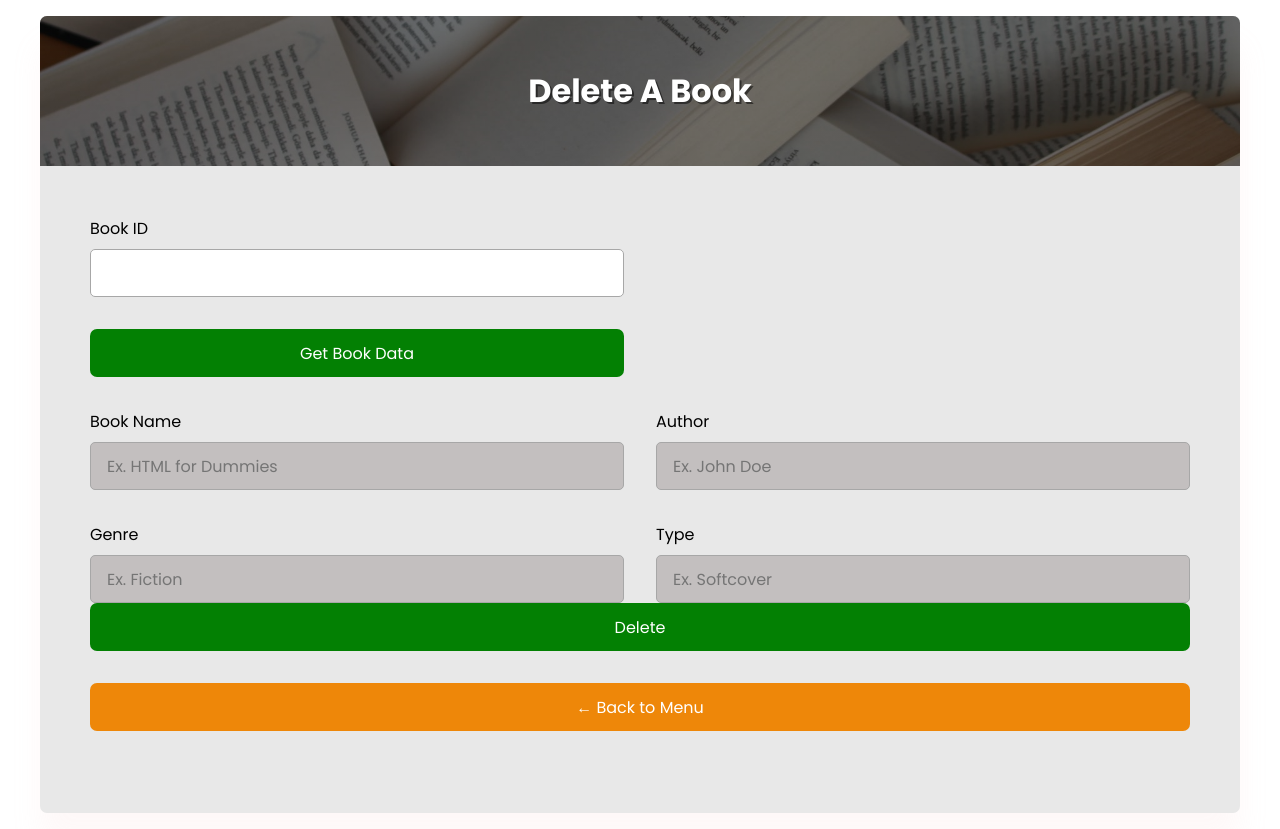
Repository: kcvijay/node_advanced_books
Page: booksSPA/public/pages/deleteBook.html
These files come from the project's save history. The page is drawn as it stood at one moment and after the next save; the edit follows.
The browser window is 1280 px wide. The pictures show the whole page.

Above is the page before, as saved 2023-03-08 18:40:03.

### booksSPA/public/pages/deleteBook.html
<!DOCTYPE html>
<html lang="en">
  <head>
    <meta charset="UTF-8" />
    <meta http-equiv="X-UA-Compatible" content="IE=edge" />
    <meta name="viewport" content="width=device-width, initial-scale=1.0" />
    <title>Delete A Book</title>
    <link rel="stylesheet" href="../styles/styles.css" />
  </head>
  <body>
    <div class="main-wrapper">
      <div class="heading">
        <h1>Delete A Book</h1>
      </div>
      <div class="data-field">
        <form>
          <div>
            <label for="id">Book ID</label>
            <input type="text" id="id" name="id" />
          </div>
          <div></div>
          <button type="submit" id="getData" class="primary-btn">
            Get Book Data
          </button>
        </form>
        <form style="margin-top: 32px">
          <div>
            <label for="name">Book Name</label>
            <input
              type="text"
              id="name"
              name="name"
              placeholder="Ex. HTML for Dummies"
              autocomplete="off"
              disabled
            />
          </div>
          <div>
            <label for="author">Author</label>
            <input
              type="text"
              id="author"
              name="author"
              placeholder="Ex. John Doe"
              autocomplete="off"
              disabled
            />
          </div>
          <div>
            <label for="genre">Genre</label>
            <input
              type="text"
              id="genre"
              name="genre"
              placeholder="Ex. Fiction"
              autocomplete="off"
              disabled
            />
          </div>
          <div>
            <label for="type">Type</label>
            <input
              type="text"
              id="type"
              name="type"
              placeholder="Ex. Softcover"
              autocomplete="off"
              disabled
            />
          </div>
        </form>
        <div id="messagearea"></div>
        <div>
          <button class="primary-btn" type="submit" id="submit">Delete</button>
        </div>
        <div>
          <a href="/" class="secondary-btn">&larr;&nbsp;Back to Menu</a>
        </div>
      </div>
    </div>
    <script src="/js/deleteBookHandler.js"></script>
  </body>
</html>

### booksSPA/public/styles/styles.css
@import url("https://fonts.googleapis.com/css2?family=Poppins:wght@400;700&display=swap");

* {
  margin: 0;
  padding: 0;
  box-sizing: border-box;
}

body {
  max-width: 100vw;
  min-height: 100vh;
  font-family: "Poppins", sans-serif;
}

.main-wrapper {
  max-width: 1200px;
  background: #e8e8e8;
  margin: 16px auto;
  border-radius: 7px;
  box-shadow: 0 30px 30px rgba(241, 182, 182, 0.1);
  overflow: hidden;
  transition: all 0.3s ease;
}

.heading {
  background: linear-gradient(rgba(0, 0, 0, 0.4), rgba(0, 0, 0, 0.4)),
    url("../assets/books.jpeg");
  background-position: center;
  background-size: cover;
  background-repeat: no-repeat;
  height: 150px;
  display: flex;
  justify-content: center;
  align-items: center;
}

h1 {
  position: relative;
  color: #fff;
  text-shadow: 2px 2px rgba(0, 0, 0, 0.5);
}

.data-field {
  padding: 50px;
}

input,
textarea,
button {
  font-family: inherit;
  font-size: 16px;
}

input:disabled {
  background-color: #c3bfbf;
  cursor: no-drop;
}
input:disabled:focus {
  outline: none;
}

form {
  display: grid;
  grid-template-columns: 1fr 1fr;
  gap: 32px;
  justify-items: start;
  transition: all 0.3s ease-in-out;
}

form div {
  width: 100%;
}

form label {
  display: inline-block;
  width: 100px;
  margin-bottom: 8px;
}

form input {
  height: 48px;
  width: 100%;
  padding: 0 16px;
  border: 1px solid #a7a7a7;
  border-radius: 5px;
  transition: all 0.3s ease;
}

form input:focus {
  outline: 3px solid #ee870978;
  border: none;
}

.button-set {
  display: grid;
  grid-template-columns: 1fr 1fr;
  gap: 32px;
}

.button-set div .primary-btn {
  display: block;
  width: 100%;
  text-decoration: none;
  display: flex;
  justify-content: center;
  align-items: center;
}

button:hover,
button:active {
  filter: brightness(0.9);
}

.button-set {
  margin-top: 32px;
}

.primary-btn {
  display: flex;
  justify-content: center;
  align-items: center;
  width: 100%;
  height: 48px;
  background-color: #038003;
  text-decoration: none;
  padding: 8px 60px;
  color: #fff;
  border: none;
  border-radius: 7px;
  cursor: pointer;
  transition: all 0.3s ease;
}

.secondary-btn {
  display: flex;
  justify-content: center;
  align-items: center;
  height: 48px;
  margin: 32px 0;
  background-color: #ee8709;
  text-decoration: none;
  padding: 8px 60px;
  color: #fff;
  border: none;
  border-radius: 7px;
  cursor: pointer;
  transition: all 0.3s ease;
}

#messagearea {
  position: absolute;
  left: 0;
  top: 0;
  width: 100vw;
  height: 100vh;
  background-color: rgba(0, 0, 0, 0.7);
  display: none;
  justify-content: center;
  align-items: center;
  z-index: 999;
}

#messagearea p {
  background-color: #fff;
  padding: 32px;
}

/**** TABLE ****/

.table-field {
  overflow-x: auto;
}

table {
  margin: 0 auto;
  max-width: fit-content;
}
thead {
  background: #038003;
  color: #fff;
}
th,
td {
  width: 250px;
  height: 48px;
  padding: 16px;
}

tr:nth-child(odd) {
  background: #ee870945;
}

tr:nth-child(even) {
  background: #ee87095e;
}

tr:last-child td:first-child {
  border-radius: 0 0 0 7px;
}

tr:last-child td:last-child {
  border-radius: 0 0 7px 0;
}

th:not(:first-child) {
  text-align: left;
}

th:first-child {
  border-radius: 7px 0 0 0;
}

th:last-child {
  text-align: center;
  border-radius: 0 7px 0 0;
}

td {
  padding-left: 16px;
}

td:first-child,
td:last-child {
  text-align: center;
}

@media screen and (max-width: 700px) {
  .main-wrapper {
    margin: 0 16px;
  }
  form {
    grid-template-columns: 1fr;
  }

  .data-field {
    padding: 18px;
  }

  .table-field {
    overflow-x: auto;
  }

  table {
    font-size: 14px;
  }

  .button-set {
    grid-template-columns: 1fr;
  }

  .button-set div a {
    display: block;
    width: 100%;
  }
}

### booksSPA/public/js/deleteBookHandler.js
"use strict";

(function () {
  let inputField;
  let titleField;
  let authorField;
  let genreField;
  let typeField;
  let getDataField;
  let messageField;
  let submit;

  document.addEventListener("DOMContentLoaded", init);

  function init() {
    inputField = document.querySelector("#id");
    titleField = document.querySelector("#name");
    authorField = document.querySelector("#author");
    genreField = document.querySelector("#genre");
    typeField = document.querySelector("#type");
    getDataField = document.querySelector("#getData");
    messageField = document.querySelector("#messagearea");
    submit = document.querySelector("#submit");

    getDataField.addEventListener("submit", (e) => {
      e.preventDefault();
      confirmBookData();
    });

    inputField.addEventListener("keyup", (e) => {
      e.preventDefault();
      if (e.key === "Enter") {
        confirmBookData();
      }
    });

    async function confirmBookData() {
      const id = inputField.value;

      try {
        const options = {
          method: "GET",
          mode: "cors",
        };

        const data = await fetch(
          `http://localhost:4000/api/books/${id}`,
          options
        );

        const result = data.json();
        showBookData(result);

        // if (result) {
        //   if (result.message) {
        //     updateMessage(result.message, result.type);
        //   } else {
        //     showBookData(result);
        //   }
        // }
      } catch (err) {
        updateMessage(err.message, "error");
      }
    }

    // async function send() {
    //   const id = inputField.value;

    //   try {
    //     const options = {
    //       method: "DELETE",
    //       mode: "cors",
    //     };

    //     const data = await fetch(
    //       `http://localhost:4000/api/books/${id}`,
    //       options
    //     );

    //     const result = await data.json();
    //     showBookData(result);

    //     console.log(result);

    //     //   if (result) {
    //     //     if (result.message) {
    //     //       updateMessage(result.message, result.type);
    //     //     } else {
    //     //       showBookData(result);
    //     //     }
    //     //   }
    //   } catch (err) {
    //     updateMessage(err.message, "error");
    //   }
    // }

    function showBookData(book) {
      titleField.value = book.name;
      authorField.value = book.author;
      genreField.value = book.genre;
      typeField.value = book.type;
    }

    function updateMessage(message, type) {
      messageField.style.display = "flex";
      messageField.innerHTML = `<p class="error>${message}</p>`;
      messageField.setAttribute("class", type);
    }
  }
})();

After the next save:
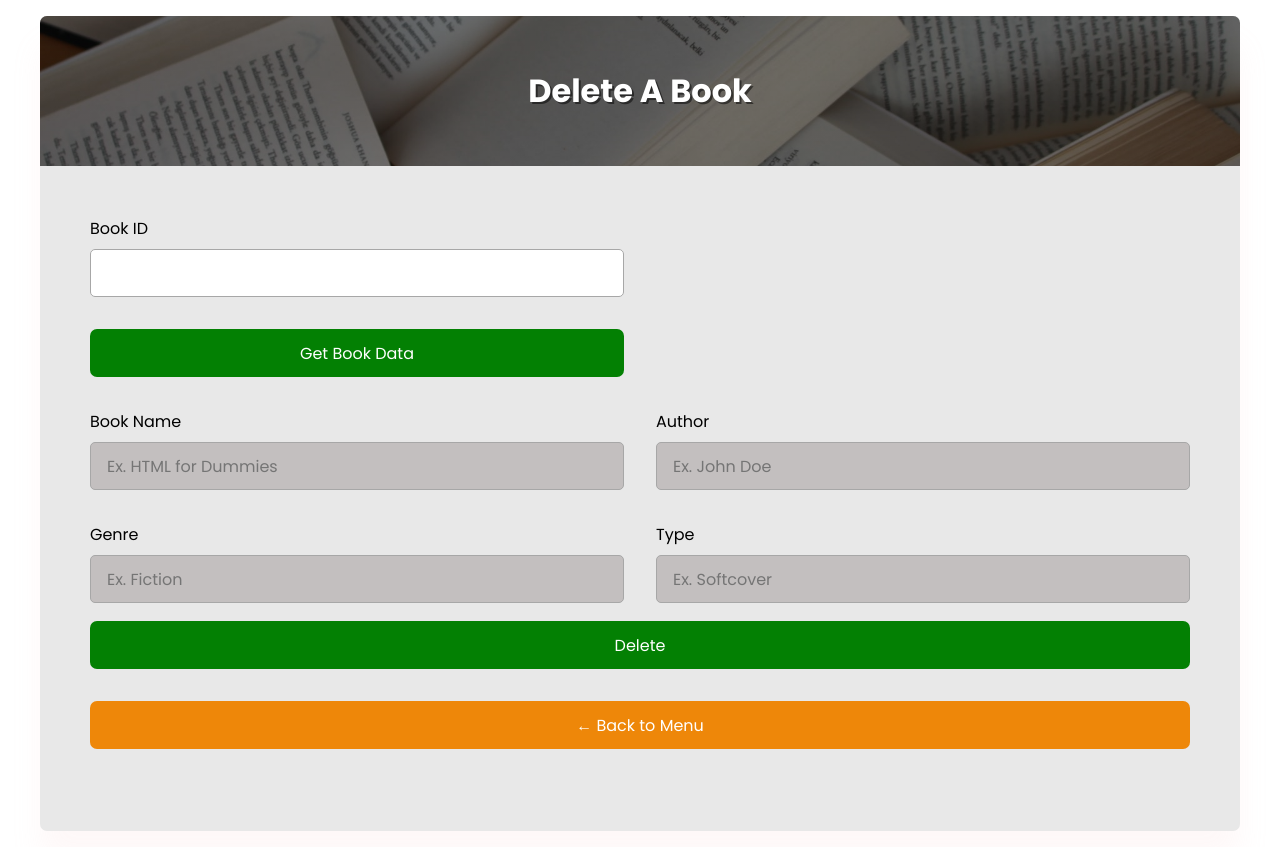
Saved 23 s later.
--- a/booksSPA/public/pages/deleteBook.html
+++ b/booksSPA/public/pages/deleteBook.html
@@ -71,7 +71,14 @@
         </form>
         <div id="messagearea"></div>
         <div>
-          <button class="primary-btn" type="submit" id="submit">Delete</button>
+          <button
+            class="primary-btn"
+            type="submit"
+            id="submit"
+            style="margin-top: 18px"
+          >
+            Delete
+          </button>
         </div>
         <div>
           <a href="/" class="secondary-btn">&larr;&nbsp;Back to Menu</a>
